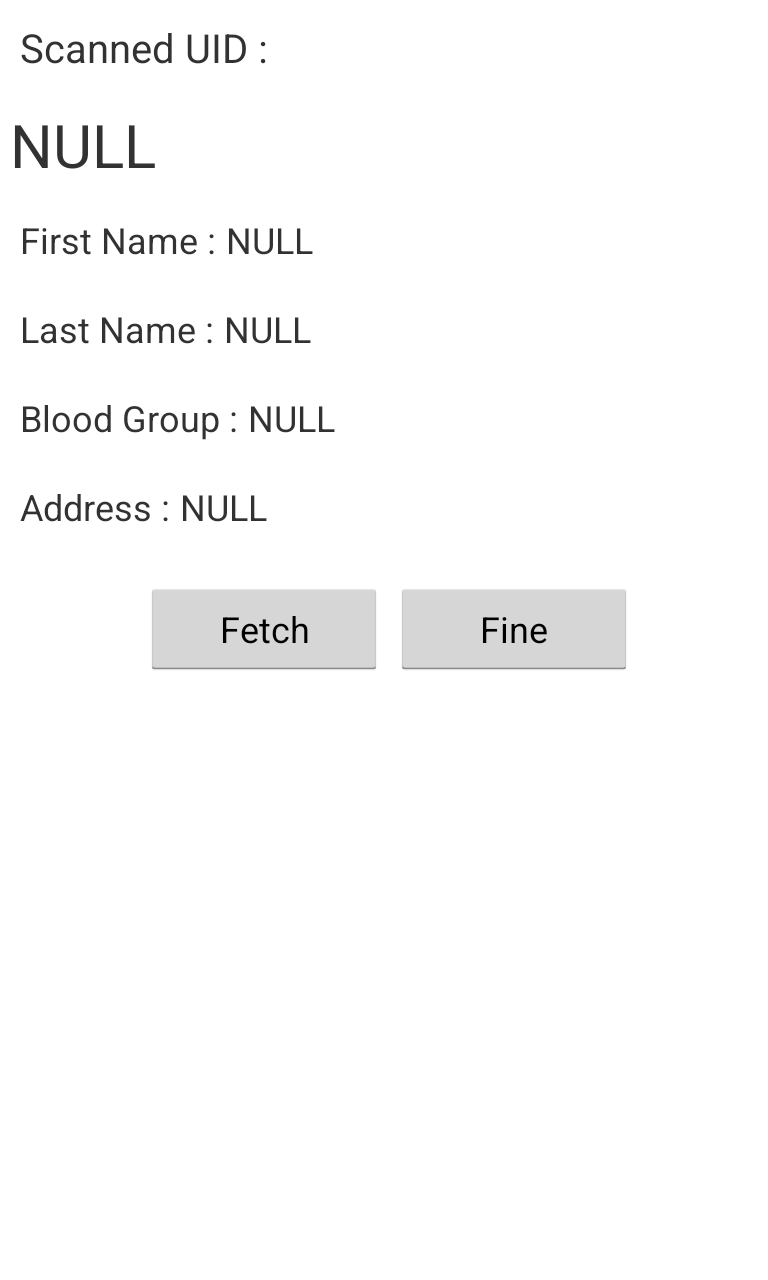
Repository: LennoxAlexion/UID
Layout: Android App/Uid-Project/res/layout/activity_qr_result_success.xml
The author's editor kept a copy of each file at every save. The layout is drawn from the files as they stood at one save, then again after the next save.
It is drawn on a 768 x 1280 px phone screen (xhdpi) without system bars, with theme AppTheme; the app's code is not run.

Above is the layout before, as saved 2015-03-29 08:32:12.

After the next save:
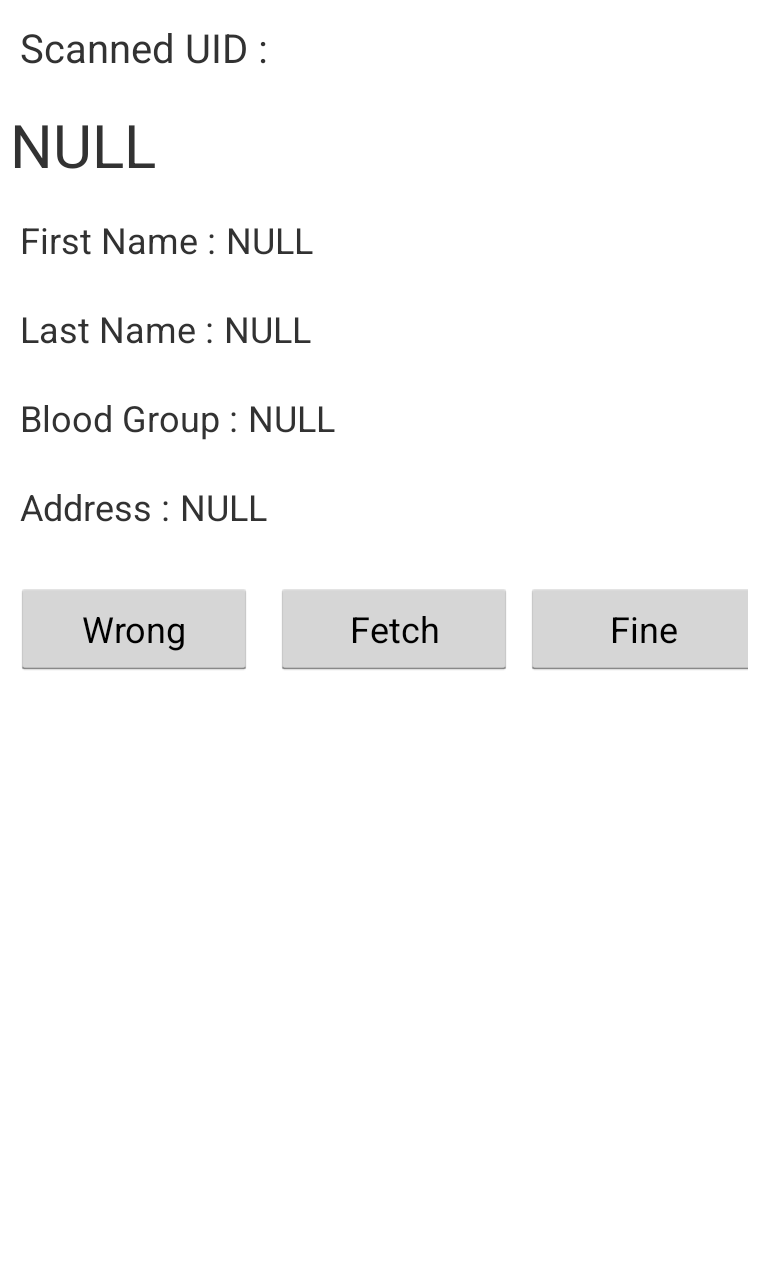
Saved 54 min 35 s later.
--- a/Android App/Uid-Project/res/layout/activity_qr_result_success.xml
+++ b/Android App/Uid-Project/res/layout/activity_qr_result_success.xml
@@ -118,6 +118,15 @@
         android:padding="5dp" >
 
         <Button
+            android:id="@+id/Button_qr_result_WrongQR"
+            android:layout_width="120dp"
+            android:layout_height="wrap_content"
+            android:layout_margin="5dp"
+
+            android:text="Wrong" />
+
+
+        <Button
             android:id="@+id/Button_qr_result_Fetch"
             android:layout_width="120dp"
             android:layout_height="wrap_content"
